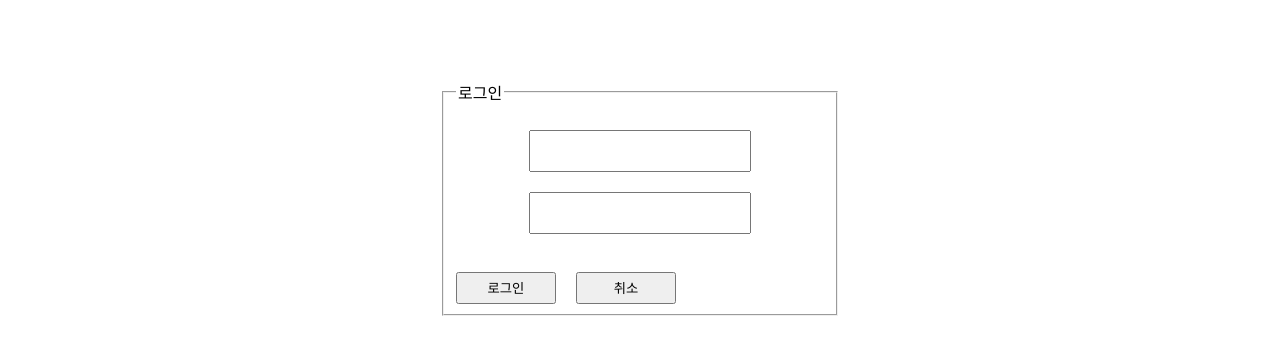
Repository: okgunyang/jsp
Page: http://localhost/practice01/login.jsp
The author's editor kept a copy of each file at every save. The page is drawn from the files as they stood at one save, then again after the next save.
The browser window is 1280 px wide. The pictures show the whole page.
The page is served by Tomcat 9. Other server files are loaded and not shown.

Above is the page before, as saved 2022-10-14 04:57:12.

### practice01/WebContent/login.jsp
<%@ page language="java" contentType="text/html; charset=UTF-8"
    pageEncoding="UTF-8"%>
<!DOCTYPE html>
<html>
<head>
<meta charset="UTF-8">
<title>로그인</title>
<style>
#loginForm { width:400px; margin:80px auto; }
.input_data { display:block; width:200px; height:36px; line-height:36px;
clear:both; margin:20px auto; padding-left:1em; font-size:16px; }
.input_btn { display:inline-block; width:100px; text-align:center;
height:32px; line-height:32px; }
</style>
</head>
<body>
	<form action="loginPro.jsp" method="post" id="loginForm">
		<fieldset>
			<legend>로그인</legend>
			<input type="text" name="id" id="id" class="input_data">
			<input type="password" name="pw" id="pw" class="input_data"><br>
			<input type="submit" value="로그인" class="input_btn"> &nbsp; &nbsp;
			<input type="reset" value="취소" class="input_btn">
		</fieldset>
	</form>
</body>
</html>

After the next save:
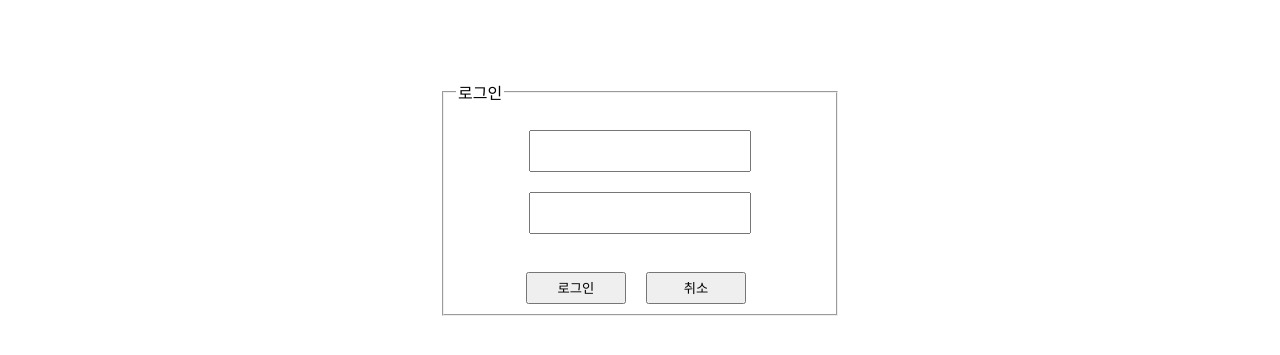
Saved 66 s later.
--- a/practice01/WebContent/login.jsp
+++ b/practice01/WebContent/login.jsp
@@ -11,6 +11,7 @@
 clear:both; margin:20px auto; padding-left:1em; font-size:16px; }
 .input_btn { display:inline-block; width:100px; text-align:center;
 height:32px; line-height:32px; }
+[type="submit"].input_btn { margin-left:70px; }
 </style>
 </head>
 <body>
